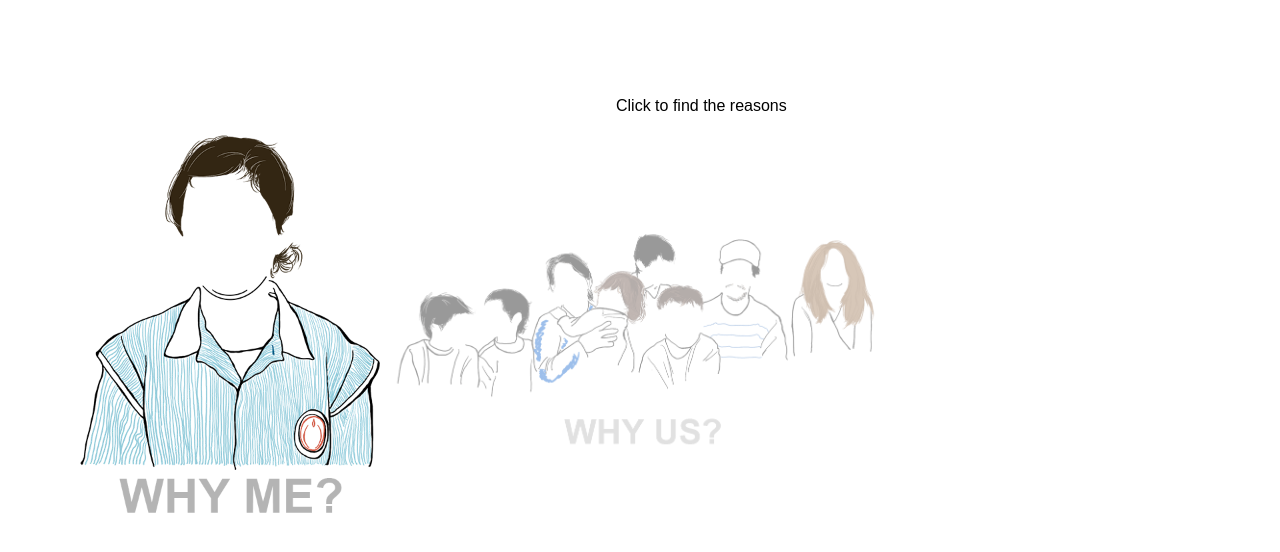
Repository: Lettie123/webpr4
Page: 04.html
These files come from the project's save history. The page is drawn as it stood at one moment and after the next save; the edit follows.
The browser window is 1280 px wide. The pictures show the whole page.
The pointer rests on the first visible `#r01`.

Above is the page before, as saved 2020-11-24 00:22:18.

### 04.html
<html>
    <head>
        <meta charset="UTF-8">
        <meta name="viewport" content="width=device-width,initial-scale=1" />
        <meta name="viewport" content="width=device-width,initial-scale=1.0,maximum-scale=1.0,user-scalable=no">
        <link rel="stylesheet" type="text/css" href="style05.css">

    </head>

    <body>
        <div id="r01">
            <span>
                <img src="pepic/r01.png" style="width:100%" >
            </span>
        </div>

        <div id="r02">
            <span>
                <img src="pepic/r02.png" style="width:100%">
            </span>
        </div>

        <div id="txt">
            <div id="t1" style= "position:absolute; top: 25%; left: 38%;">
            <h1 style="font-size:16px; font-weight: normal; line-height: 24px;">
                Click to find the reasons
            </h1>
            </div>
         </div>

         <!-- <script>
            function cl01(){
                document.getElementById("r01").style.width="110%";
            }
        </script> -->
    </body>

### style05.css
body {
	overflow:scroll;
    overflow-y:hidden;
    overflow-x:hidden;
}

#r01{
    width: 250px;
    height: 250px;
	position: absolute;
	left: 18%;
	top: 45%;
    transform: translate(-50%,-50%);
    color: #B4B4B4;
}
#r01:hover {
    width: 400px;
    height: 400px;
}
#r01:hover ~ #r02 {
     opacity: 0.4;
}

#r02{
    width: 500px;
    height: 250px;
	position: absolute;
	left: 50%;
	top: 40%;
    transform: translate(-50%,-50%);
    color: #B4B4B4;
}
#r02:hover {
    width: 800px;
    height: 400px;
}
#txt{
    height:300px;
    width:1600px;
    text-align: center;
	border-radius: 10px;
	position: absolute;
    font-family: Arial;
    color:black;
}

After the next save:
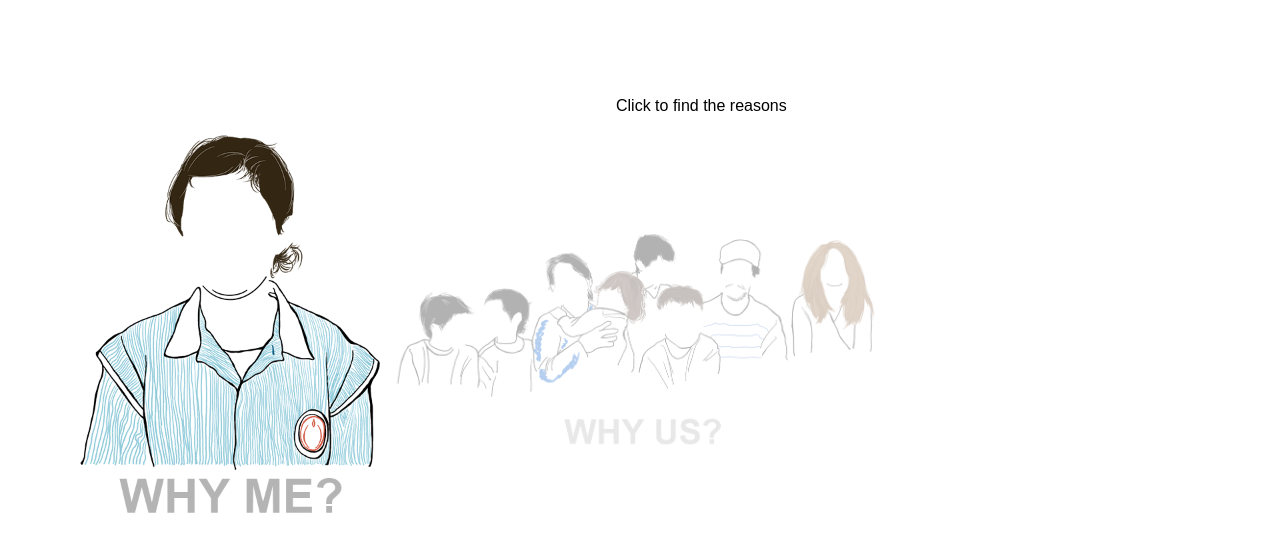
Saved 19 s later.
--- a/style05.css
+++ b/style05.css
@@ -18,7 +18,7 @@ body {
     height: 400px;
 }
 #r01:hover ~ #r02 {
-     opacity: 0.4;
+     opacity: 0.3;
 }
 
 #r02{
@@ -34,6 +34,9 @@ body {
     width: 800px;
     height: 400px;
 }
+#r02:hover ~ #r01 {
+    opacity: 0.3;
+}
 #txt{
     height:300px;
     width:1600px;
